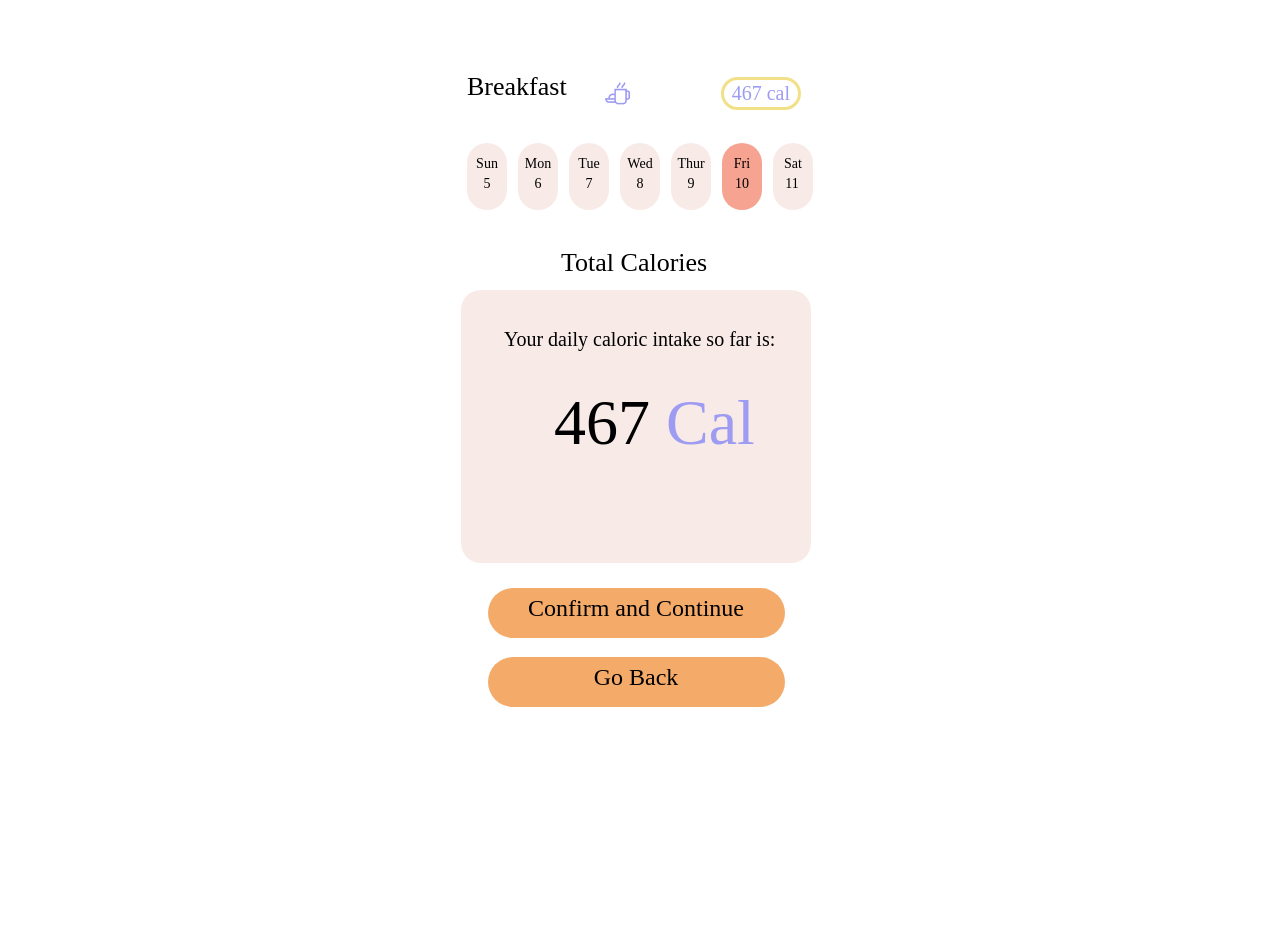
Repository: MeowCeline00/G5-Calorie-Tracker
Page: BreakfastCalCounter/index.html
An editor plug-in stored every save of this project. The page is shown before and after the next save, followed by the edit.
The browser window is 1280 px wide. The pictures show the whole page.

Above is the page before, as saved 2024-05-26 14:18:28.

### BreakfastCalCounter/index.html
<!DOCTYPE html>
<html>
<head>
  	<meta charset="utf-8">
  	<meta name="viewport" content="initial-scale=1, width=device-width">

  	<link rel="stylesheet" href="./global.css" />
  	<link rel="stylesheet"  href="./index.css" />
	  <link rel="stylesheet" href="/styles/Home.css">

</head>
<body>
	<div class="pageContainer">
		<div class="pageInnerContainer">
			<!-- <div class="add-page-container"> -->
  	<div class="add-page">
    		<div class="add-page-child">
    		</div>
    		<div class="add-page-item">
    		</div>
    		<div class="add-page-inner">
    		</div>
    		<div class="rectangle-div">
    		</div>
    		<div class="add-page-child1">
    		</div>
    		<div class="add-page-child2">
    		</div>
    		<div class="add-page-child3">
    		</div>
    		<div class="add-page-child4">
    		</div>

    		<div class="total-calories">Total Calories</div>
    		<div class="breakfast">Breakfast</div>
    		<div class="div">5</div>
    		<div class="sun">Sun</div>
    		<div class="mon">Mon</div>
    		<div class="tue">Tue</div>
    		<div class="wed">Wed</div>
    		<div class="thur">Thur</div>
    		<div class="fri">Fri</div>
    		<div class="sat">Sat</div>
    		<div class="div1">6</div>
    		<div class="div2">7</div>
    		<div class="div3">8</div>
    		<div class="div4">9</div>
    		<div class="div5">10</div>
    		<div class="div6">11</div>
    		<div class="add-page-child5">
    		</div>
    		<div class="add-page-child6">
    		</div>
    		<div class="confirm-and-continue">Confirm and Continue</div>
			<div><a class="go-back" href="/breakfastAddPage/index.html">Go Back</a></div>    		<div class="add-page-child7">
    		</div>
    		<div class="cal">467 cal</div>
    		<img class="fluent-mdl2breakfast-icon" alt="breakfast" src="/Images/fluent-mdl2_breakfast.png">

    		<div class="add-page-child8">
    		</div>
    		<div class="your-daily-caloric">Your daily caloric intake so far is:</div>
    		<div class="cal1">
      			<span>467</span>
      			<span class="cal2">Cal</span>

			</div>
			</div>

	  <div class="navBarContainer">
		<div class="navBar">
		<!-- <a href="/index.html"><img class="image1" src="/Images/Vector.png"></a>
		<a href="/index.html"><img class="image02"src="/Images/vector02.png"></a>
		<a href="/index.html"><img class="image03" src="/Images/Vector1.png"></a> -->
		</div>
	</div>
</div>
</div>
</body>
</html>

### BreakfastCalCounter/global.css

body {
    margin: 0;
    line-height: normal;
}


:root {

    --body-20-medium: Catamaran;
    --heading-26-regular: Saira;

    --body-20-medium-size: 20px;
    --body-24-regular-size: 24px;
    --font-size-sm: 14px;
    --heading-26-regular-size: 26px;

    --color-cornflowerblue: #9e9bf2;
    --color-black: #000;
    --lighter-nav-bar: rgba(247, 232, 229, 0.9);
    --yellow: #f2e088;
    --color-sandybrown: rgba(242, 149, 68, 0.8);

    --br-xl: 20px;
    --br-17xl: 36px;

}

### BreakfastCalCounter/index.css
.add-page-child {
    position: absolute;
    top: 582px;
    left: 0px;
    width: 393px;
    height: 55px;
}
.add-page-item {
    position: absolute;
    top: 143px;
    left: 26px;
    border-radius: var(--br-xl);
    background-color: var(--lighter-nav-bar);
    width: 40px;
    height: 67px;
}
.add-page-inner {
    position: absolute;
    top: 143px;
    left: 77px;
    border-radius: var(--br-xl);
    background-color: var(--lighter-nav-bar);
    width: 40px;
    height: 67px;
}
.rectangle-div {
    position: absolute;
    top: 143px;
    left: 128px;
    border-radius: var(--br-xl);
    background-color: var(--lighter-nav-bar);
    width: 40px;
    height: 67px;
}
.add-page-child1 {
    position: absolute;
    top: 143px;
    left: 179px;
    border-radius: var(--br-xl);
    background-color: var(--lighter-nav-bar);
    width: 40px;
    height: 67px;
}
.add-page-child2 {
    position: absolute;
    top: 143px;
    left: 230px;
    border-radius: var(--br-xl);
    background-color: var(--lighter-nav-bar);
    width: 40px;
    height: 67px;
}
.add-page-child3 {
    position: absolute;
    top: 143px;
    left: 281px;
    border-radius: var(--br-xl);
    background-color: rgba(242, 126, 99, 0.7);
    width: 40px;
    height: 67px;
}
.add-page-child4 {
    position: absolute;
    top: 143px;
    left: 332px;
    border-radius: var(--br-xl);
    background-color: var(--lighter-nav-bar);
    width: 40px;
    height: 67px;
}
.nav-bar-icon {
    position: absolute;
    top: 726px;
    left: 0px;
    width: 393px;
    height: 126px;
}
.total-calories {
    position: absolute;
    top: 248px;
    left: 120px;
    font-size: var(--heading-26-regular-size);
    font-weight: 500;
    font-family: var(--heading-26-regular);
    text-align: left;
    display: inline-block;
    width: 163px;
    height: 42px;
}
.breakfast {
    position: absolute;
    top: 72px;
    left: 26px;
    font-size: var(--heading-26-regular-size);
    font-weight: 500;
    font-family: var(--heading-26-regular);
    text-align: left;
    display: inline-block;
    width: 130px;
    height: 42px;
}
.div {
    position: absolute;
    top: 176px;
    left: 26px;
    display: inline-block;
    width: 40px;
    height: 42px;
}
.sun {
    position: absolute;
    top: 156px;
    left: 26px;
    display: inline-block;
    width: 40px;
    height: 20px;
}
.mon {
    position: absolute;
    top: 156px;
    left: 77px;
    display: inline-block;
    width: 40px;
    height: 20px;
}
.tue {
    position: absolute;
    top: 156px;
    left: 128px;
    display: inline-block;
    width: 40px;
    height: 20px;
}
.wed {
    position: absolute;
    top: 156px;
    left: 179px;
    display: inline-block;
    width: 40px;
    height: 20px;
}
.thur {
    position: absolute;
    top: 156px;
    left: 230px;
    display: inline-block;
    width: 40px;
    height: 20px;
}
.fri {
    position: absolute;
    top: 156px;
    left: 281px;
    display: inline-block;
    width: 40px;
    height: 20px;
}
.sat {
    position: absolute;
    top: 156px;
    left: 332px;
    display: inline-block;
    width: 40px;
    height: 20px;
}
.div1 {
    position: absolute;
    top: 176px;
    left: 77px;
    display: inline-block;
    width: 40px;
    height: 42px;
}
.div2 {
    position: absolute;
    top: 176px;
    left: 128px;
    display: inline-block;
    width: 40px;
    height: 42px;
}
.div3 {
    position: absolute;
    top: 176px;
    left: 179px;
    display: inline-block;
    width: 40px;
    height: 42px;
}
.div4 {
    position: absolute;
    top: 176px;
    left: 230px;
    display: inline-block;
    width: 40px;
    height: 42px;
}
.div5 {
    position: absolute;
    top: 176px;
    left: 281px;
    display: inline-block;
    width: 40px;
    height: 42px;
}
.div6 {
    position: absolute;
    top: 176px;
    left: 332px;
    display: inline-block;
    width: 38px;
    height: 42px;
}
.add-page-child5 {
    position: absolute;
    top: 588px;
    left: 47px;
    border-radius: var(--br-17xl);
    background-color: var(--color-sandybrown);
    width: 297px;
    height: 50px;
}
.add-page-child6 {
    position: absolute;
    top: 657px;
    left: 47px;
    border-radius: var(--br-17xl);
    background-color: var(--color-sandybrown);
    width: 297px;
    height: 50px;
}
.confirm-and-continue {
    position: absolute;
    top: 595px;
    left: 80px;
    font-size: var(--body-24-regular-size);
    display: inline-block;
    width: 230px;
    height: 42px;
}
.go-back {
    position: absolute;
    top: 664px;
    left: 80px;
    font-size: var(--body-24-regular-size);
    display: inline-block;
    width: 230px;
    height: 42px;
    cursor: pointer;
    text-decoration: none;
    color: black;
}
.add-page-child7 {
    position: absolute;
    top: 77px;
    left: 280px;
    border-radius: var(--br-xl);
    background-color: #fff;
    border: 3px solid var(--yellow);
    box-sizing: border-box;
    width: 80px;
    height: 33px;
}
.cal {
    position: absolute;
    top: 82px;
    left: 285px;
    font-size: var(--body-20-medium-size);
    font-weight: 500;
    color: var(--color-cornflowerblue);
    text-align: right;
    display: inline-block;
    width: 64px;
    height: 23px;
}
.fluent-mdl2breakfast-icon {
    position: absolute;
    top: 81px;
    left: 164px;
    width: 25px;
    height: 25px;
}
.add-page-child8 {
    position: absolute;
    top: 290px;
    left: 20px;
    border-radius: var(--br-xl);
    background-color: var(--lighter-nav-bar);
    width: 350px;
    height: 273px;
}
.your-daily-caloric {
    position: absolute;
    top: 328px;
    left: 63px;
    font-size: var(--body-20-medium-size);
}
.cal2 {
    color: var(--color-cornflowerblue);
}
.cal1 {
    position: absolute;
    top: 386px;
    left: 113px;
    font-size: 64px;
    text-align: right;
}
.add-page {
    width: 100%;
    position: relative;
    background-color: rgba(255, 255, 255, 0.92);
    height: 852px;
    overflow: hidden;
    text-align: center;
    font-size: var(--font-size-sm);
    color: var(--color-black);
    font-family: var(--body-20-medium);
    left: 40px;
}


.navBar {
    width: 430px;
    height: 50px;
    display: flex;
    flex-direction: row;
    justify-content: space-between;
    align-items: center;
    padding-left: 1.5em;
    padding-right: 1.5em;
    padding-top: 1em;
    padding-bottom: 1em;
    border-top-left-radius: 50px;
    border-top-right-radius: 50px;
}

.image1 {
    width: 50px;
    height: 42.5;
}
.image02 {
    position: relative;
    width: 66.67px;
    height: 66.67px;
    background-color: #fff;
    padding:0.25em ;
    border-radius: 360px;
    top: -50px;
}

.image03 {
    width: 41.25px;
    height: 45.58;
}

.navBar a {
    padding: 0em;
    margin: 0em;
}

.pageContainer {
    display: flex;

    flex-direction: column;
    align-items: center;


}
.pageInnerContainer {
    display: flex;
    flex-direction: column;
    align-items: center;
    justify-content: center;

}

.add-page-container {
    display: flex;
    justify-content: center;
    flex-direction: column;
}

### styles/Home.css
#root {
    width: 393px;
    height: 852px;
    background-color: #fff;
    border-radius: 10px;
    overflow: hidden;
    position: relative;
}

.mainContent {
    width: 100%;
    height: 100%;
    display: flex;
    flex-direction: column;
    justify-content: flex-start;
    position: relative;
}

.topBar {
    padding: 15px 20px;
    background-color: #fff;
    display: flex;
    justify-content: space-between;
    align-items: center;
    z-index: 1;
}

.greeting {
    display: flex;
    flex-direction: column;
    text-align: left;
}

.greeting h2 {
    margin: 0;
    font-size: 1.5rem;
    color: #000;
}

.greeting p {
    margin: 0;
    font-size: 1rem;
    color: #666;
}

.profileIcon {
    display: flex;
    align-items: center;
    justify-content: center;
    cursor: pointer;
}

.dateChange {
    display: flex;
    justify-content: center;
    align-items: center;
    padding: 10px 0;
    background-color: #fff;
}

.meal_container {
    flex: 1;
    width: 100%;
    padding: 20px;
    box-sizing: border-box;
    overflow-y: auto;
    position: relative;
    z-index: 0;
}

.meals {
    width: 100%;
    padding: 10px 0;
    box-sizing: border-box;
}

.mealItem {
    display: flex;
    flex-direction: column;
    justify-content: space-between;
    align-items: flex-start;
    padding: 15px;
    margin: 10px 0;
    border-radius: 12px;
    background-color: var(--light_pink);
    width: 100%;
    height: auto;
    box-shadow: 0 2px 5px rgba(0, 0, 0, 0.1);
}

.mealHeading {
    font-weight: bold;
    margin-bottom: 10px;
    font-size: 1.2rem;
}

.mealDetails {
    display: flex;
    align-items: center;
    width: 100%;
    justify-content: space-between;
}

.mealDetails p {
    margin-left: 10px;
    color: #9E9BF2;
}

.calorieContainer {
    display: flex;
    align-items: center;
    justify-content: space-between;
    background-color: white;
    border: 4px solid #F2E088;
    border-radius: 30px;
    padding: 5px 10px;
}

.addButton {
    background: none;
    border: none;
    cursor: pointer;
    margin-left: 10px;
}

.navContainer {
    width: 100%;
    max-width: 393px;
    height: 77px;
    display: flex;
    position: fixed;
    bottom: 0;
    left: 50%;
    transform: translateX(-50%);
    background-color: #F2E088;
    border-radius: 10px 10px 0 0;
    justify-content: space-between;
    align-items: center;
    box-sizing: border-box;
    z-index: 1000;
}

.navbar {
    width: 100%;
    display: flex;
    justify-content: space-between;
    align-items: center;
    position: relative;
}

.navItem {
    display: flex;
    cursor: pointer;
    flex: 1;
    justify-content: center;
}

.addButtonContainer {
    display: flex;
    justify-content: center;
    align-items: center;
    width: 70px;
    height: 70px;
    background-color: #ffffff;
    border-radius: 50%;
    position: absolute;
    top: -35px;
    left: 50%;
    transform: translateX(-50%);
    cursor: pointer;
    box-shadow: 0 2px 5px rgba(0, 0, 0, 0.1);
}

.addnewButton {
    display: flex;
    justify-content: center;
    align-items: center;
    border-radius: 50%;
}

### scripts/app.js
document.addEventListener('DOMContentLoaded', () => {
    navigateTo('landing');
});

function navigateTo(page) {
    switch (page) {
        case 'landing':
            renderLandingPage();
            break;
        case 'home':
            renderHomePage();
            break;
        case 'profile':
            renderProfilePage();
            break;
        case 'lunchCalorie':
            window.location.href = '/lunchAddPage/index.html';
            break;
        case 'addNew':
            window.location.href = '/addPage/Add.html';
            break;
        case 'dinnerCalorie':
            window.location.href = '/dinnerAddPage/index.html';
            break;
        case 'snacksCalorie':
            window.location.href = '/snacksAddPage/index.html';
            break;
        case 'breakfastCalorie':
            window.location.href = '/breakfastAddPage/index.html';
            break;
        case 'burnedCalorie':
            window.location.href = '/burnedAddPage/index.html';
            break;
        default:
            console.error('Invalid page:', page);
            break;
    }
}

### scripts/navbar.js
function renderNavbar() {
    return `
      <div class="navContainer">
        <nav class="navbar">
          <div class="navItem" onclick="navigateTo('home')">
            <img src="/images/home_icon.svg" alt="Home" width="60" height="60" />
          </div>
          <div class="addButtonContainer">
            <div class="addnewButton" onclick="navigateTo('addNew')">
              <img src="/images/add_icon.svg" alt="Add" width="80" height="80" />
            </div>
          </div>
          <div class="navItem" onclick="navigateTo('recipes')">
            <img src="/images/recipes_icon.svg" alt="Recipes" width="55" height="55" />
          </div>
        </nav>
      </div>
    `;
}

After the next save:
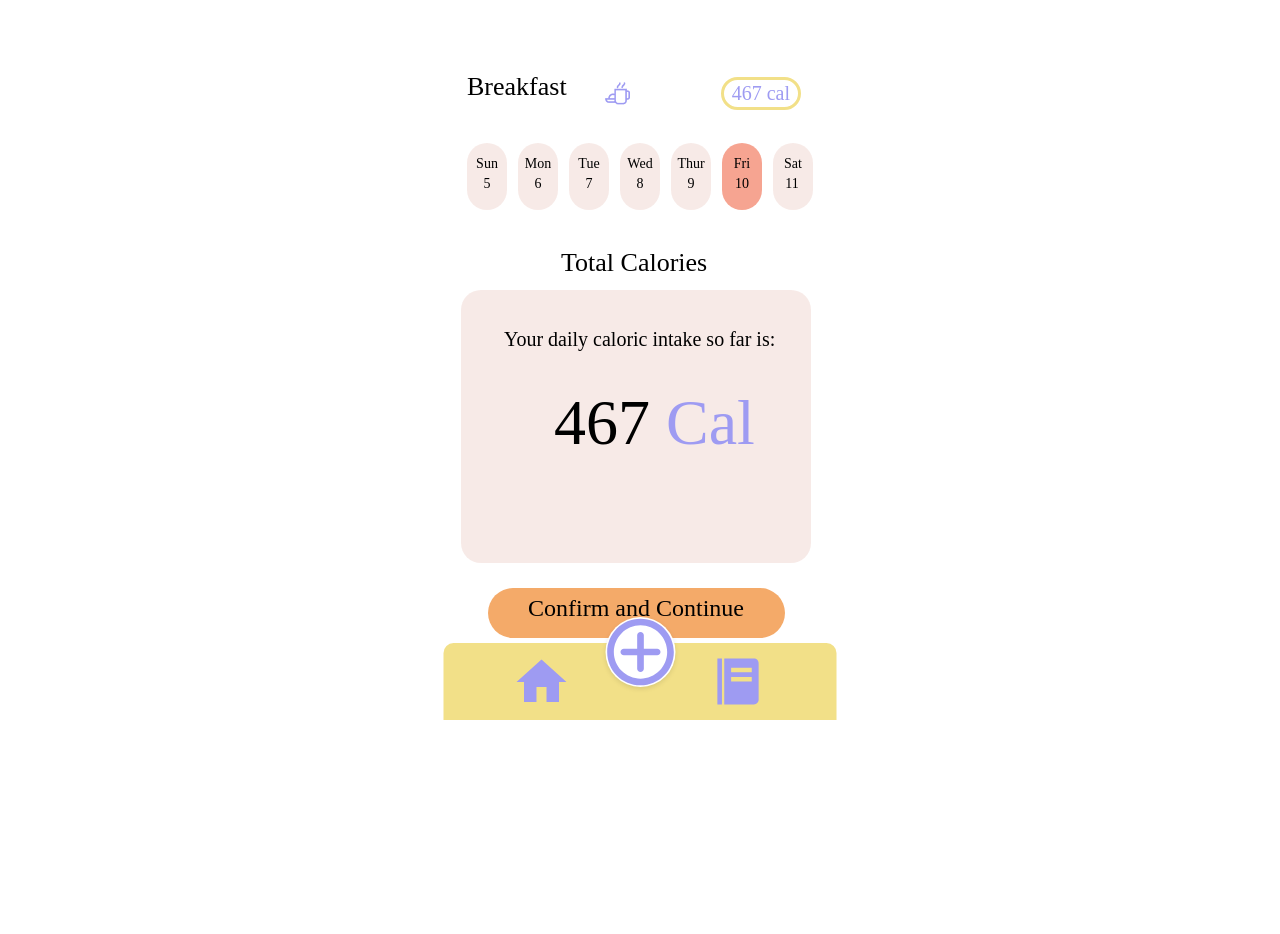
Console error: ReferenceError: renderLandingPage is not defined
Saved 4 s later.
--- a/BreakfastCalCounter/index.html
+++ b/BreakfastCalCounter/index.html
@@ -76,5 +76,22 @@
 	</div>
 </div>
 </div>
+<div class="navContainer">
+	<nav class="navbar">
+	  <div class="navItem" onclick="navigateTo('home')">
+		<img src="/images/home_icon.svg" alt="Home" width="60" height="60" />
+	  </div>
+	  <div class="addButtonContainer">
+		<div class="addnewButton" onclick="navigateTo('addNew')">
+		  <img src="/images/add_icon.svg" alt="Add" width="80" height="80" />
+		</div>
+	  </div>
+	  <div class="navItem" onclick="navigateTo('recipes')">
+		<img src="/images/recipes_icon.svg" alt="Recipes" width="55" height="55" />
+	  </div>
+	</nav>
+  </div>
+  <script src="/scripts/app.js"></script>
+  <script src="/scripts/navbar.js"></script>
 </body>
 </html>
